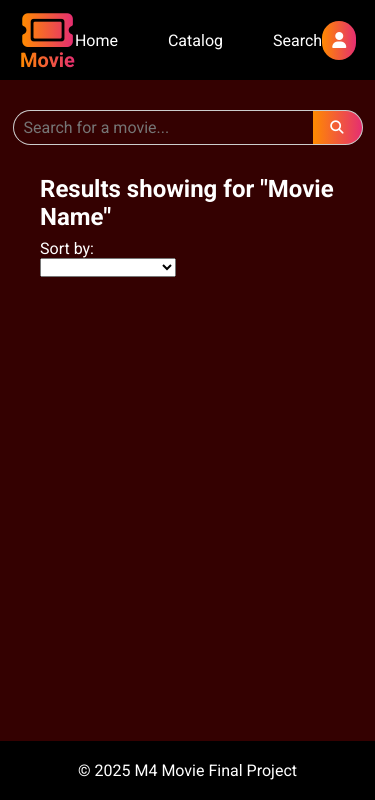
Repository: avivanguyen/m4_movie-FinalProject
Page: index.html
These files come from the project's save history. The page is drawn as it stood at one moment and after a run of saves; the edit follows.
The browser window is 375 px wide. The pictures show the whole page.
Some web libraries are served in a nearby version.

Above is the page before, as saved 2025-12-30 17:15:15.

### index.html
<!DOCTYPE html>
<html lang="en">
<head>
    <meta charset="UTF-8">
    <meta name="viewport" content="width=device-width, initial-scale=1.0">
    <title>M4 Movie Final Project</title>
    <link rel="stylesheet" href="styles.css">
    <script src="script.js" defer></script>
    <script src="https://kit.fontawesome.com/2588cf0bac.js" crossorigin="anonymous"></script>
</head>
<body>
    <nav>
        <div class="logo">
            <i class="fa-solid fa-ticket logo__ticket"></i>
            <h1 class="logo__title">Movie</h1>
        </div>
        <ul class="nav-links">
            <li><a href="#">Home</a></li>
            <li><a href="#">Catalog</a></li>
            <li><a href="#">Search</a></li>
        </ul>
        <div class="login">
            <button>
                <a href="#">
                    <i class="fa-solid fa-user login__icon"></i>
                    <span class="login__text">Login</span>
                </a>
            </button>
        </div>
    </nav>
    <main>
        <section class="search-section">
            <input type="text" id="search-input" placeholder="Search for a movie..." onchange="onSearchMovie(event)">
            <button id="search-button"><i class="fa-solid fa-magnifying-glass"></i></button>
        </section>
        <section class="results__section">
            <div id="results__container">
                <div class="breadcrumb">
                    <h2>Results showing for "<span id="search-term">Movie Name</span>"</h2>
                </div>
                <div class="sort">
                    <label for="sort-select">Sort by:</label>
                    <select id="sort-select" onchange="onSortChange(event)">
                        <option value="title-default">   </option>
                        <option value="title-ascending">Movie Title (A-Z)</option>
                        <option value="title-descending">Movie Title (Z-A)</option>
                        <option value="year-descending">Year (Newest First)</option>
                        <option value="year-ascending">Year (Oldest First)</option>
                    </select>
                </div>
                <div class="loading hidden">
                    <i class="fa fa-spinner fa-spin"></i>
                </div>
                <div class="movie">
                    <div class="movie-card hidden">
                        <div class="movie-card__container" onclick="toggleModal()">
                            <div class="movie__poster">
                                <img src="./assets/movie_poster-placeholder.png" alt="">
                            </div>
                            <div class="movie__title">Movie Title</div>
                            <div class="movie__year">20XX</div>
                        </div>
                    </div>
                    <!-- <div class="movie-card">
                        <div class="movie-card__container" onclick="toggleModal()">
                            <div class="movie__poster">
                                <img src="./assets/movie_poster-placeholder.png" alt="">
                            </div>
                            <div class="movie__title">Movie Title</div>
                            <div class="movie__year">20XX</div>
                        </div>
                    </div>
                    <div class="movie-card">
                        <div class="movie-card__container" onclick="toggleModal()">
                            <div class="movie__poster">
                                <img src="./assets/movie_poster-placeholder.png" alt="">
                            </div>
                            <div class="movie__title">Movie Title</div>
                            <div class="movie__year">20XX</div>
                        </div>
                    </div>
                    <div class="movie-card">
                        <div class="movie-card__container" onclick="toggleModal()">
                            <div class="movie__poster">
                                <img src="./assets/movie_poster-placeholder.png" alt="">
                            </div>
                            <div class="movie__title">Movie Title</div>
                            <div class="movie__year">20XX</div>
                        </div>
                    </div>
                    <div class="movie-card">
                        <div class="movie-card__container" onclick="toggleModal()">
                            <div class="movie__poster">
                                <img src="./assets/movie_poster-placeholder.png" alt="">
                            </div>
                            <div class="movie__title">Movie Title</div>
                            <div class="movie__year">20XX</div>
                        </div>
                    </div>
                    <div class="movie-card">
                        <div class="movie-card__container" onclick="toggleModal()">
                            <div class="movie__poster">
                                <img src="./assets/movie_poster-placeholder.png" alt="">
                            </div>
                            <div class="movie__title">Movie Title</div>
                            <div class="movie__year">20XX</div>
                        </div>
                    </div> -->
                </div>
            </div>
        </section>
        <div class="modal">
            <div class="modal__half modal__poster">
                <figure>
                    <img src="./assets/movie_poster-placeholder.png" alt="">
                </figure>
            </div>
            <div class="modal__half modal__description">
                <h2 class="modal__title">Movie Title</h2>
                <p class="modal__year">20XX</p>
                <p class="modal__plot">Lorem ipsum dolor sit amet, consectetur adipiscing elit. Sed do eiusmod tempor incididunt ut labore et dolore magna aliqua.</p>
                <ul class="modal__details">
                    <li><strong>Director:</strong> Director Name</li>
                    <li><strong>Actors:</strong> Actor 1, Actor 2, Actor 3</li>
                    <li><strong>Runtime:</strong> XX min</li>
                </ul>
                <button class="watch">Watch Now</button>
            </div>
            <button class="close-button" onclick="toggleModal()">Close</button>
        </div>
    </main>
    <footer>
        <p>&copy; 2025 M4 Movie Final Project</p>
    </footer>
</body>
</html>

### styles.css
@import url('https://fonts.googleapis.com/css2?family=Roboto:ital,wght@0,100..900;1,100..900&display=swap');

* {
    margin: 0;
    padding: 0;
    box-sizing: border-box;
    font-family: 'Roboto', sans-serif;
}

body {
    background-color: #340101;
    min-height: 100vh;
    display: flex;
    flex-direction: column; /*ensures footer stays at bottom*/
}

a {
    text-decoration: none;
}

li {
    list-style: none;
}

.hidden {
    display: none !important;
}

/*
NAVIGATION STYLES
*/
nav {
    display: flex;
    justify-content: space-between;
    align-items: center;
    flex-direction: row;
    background-color: black;
    width: 100%;
    padding: 15px 40px;
}

.logo {
    display: flex;
    align-items: center;
    flex-direction: column;
}

.logo__ticket,
.logo__title {
    background: linear-gradient(90deg, #ff8a00, #e52e71);
    background-clip: text;
    -webkit-background-clip: text;
    -webkit-text-fill-color: transparent;
}

.logo__ticket {
    font-size: 45px;
    margin-bottom: -5px;
}

.logo__title {
    font-size: 20px;
}

.nav-links {
    display: flex;
    flex-direction: row;
    gap: 100px;
}

.nav-links a {
    color: white;
    font-size: 16px;
    transition: color 300ms ease;
}

.nav-links a:hover,
.close-button:hover {
    color: #ff8a00;
}

.login button,
.modal button.watch {
    background: linear-gradient(90deg, #ff8a00, #e52e71);
    border: none;
    padding: 10px 25px;
    border-radius: 50px;
    color: white;
    font-size: 16px;
    cursor: pointer;
    transition: transform 300ms ease;
}
.login button:hover,
.modal button.watch:hover {
    transform: scale(1.1);
}

.login a {
    color: white;
}


/*
SEARCH STYLES
*/
.search-section {
    display: flex;
    justify-content: center;
    align-items: center;
    margin: 30px 0;
}

#search-input {
    width: 400px;
    height: 35px;
    padding: 0 10px;
    font-size: 16px;
    border: 1.5px solid #ccc;
    border-right: none;
    border-radius: 50px 0 0 50px;
    outline: none;
    background-color: transparent;
    color: white;
}

#search-button {
    height: 35px;
    width: 50px;
    outline: none;
    border-radius: 0 50px 50px 0;
    border: 1.5px solid #ccc;
    border-left: none;
    cursor: pointer;
    background: linear-gradient(90deg, #ff8a00, #e52e71);
    transition: all 300ms ease;
    position: relative;
}
#search-button:hover {
    background: transparent;
    border: 2px solid transparent;
    background-image: linear-gradient(#340101, #340101), linear-gradient(90deg, #ff8a00, #e52e71);
    background-origin: border-box;
    background-clip: padding-box, border-box;
}

.search-section #search-button i {
    color: white;
}

/*
LOADING STYLES
*/
.loading {
    justify-content: center;
    align-items: center;
    margin-top: 20px;
    opacity: 1;
    transition: opacity 500ms ease-in-out;
}

.loading:not(.hidden) {
    display: flex;
}

.loading.hidden {
    opacity: 0;
    transition: opacity 500ms ease-in-out 1000ms;
}

.fa-spinner {
    font-size: 35px;
    color: white;
}

/*
RESULTS STYLES
*/
.breadcrumb {
    color: white;
    margin-left: 20px;
    margin-bottom: 40px;
}

.sort label {
    color: white;
    margin-right: 10px;
}

.sort {
    display: flex;
    justify-content: flex-end;
    align-items: center;
    margin-top: -65px;
}

.results__section {
    margin: 0 60px;
}

.movie {
    width: 100%;
    height: auto;
    padding: 0 80px;
    margin-top: 20px;
    display: flex;
    flex-direction: row;
    flex-wrap: wrap;
    justify-content: center;
}

.movie-card {
    cursor: pointer;
    margin: 15px;
    width: 200px; /*makes sure all cards are same size and that the text doesn't overflow*/
    display: flex;
    flex-direction: row;
    flex-wrap: wrap;
    justify-content: center;
    transition: transform 300ms ease;
}
.movie-card:hover {
    transform: scale(1.05);
    background-color: #4d0d0d;
    border-radius: 8px;
    box-shadow: 0 6px 12px #4d0d0d;
}

.movie-card__container {
    padding: 4px 18px;
}

.movie__poster img {
    width: 200px;
    height: 300px;
    box-shadow: 0 4px 8px rgba(0, 0, 0, 0.2);
}

.movie__title,
.movie__year {
    color: white;
    text-align: center;
    margin-top: 2px;
}

/*
MODAL STYLES
*/
.modal {
    display: flex;
    position: fixed;
    top: 50%;
    left: 50%;
    transform: translate(-50%, -50%);
    width: 90%;
    max-width: 1100px;
    background-color: #4b3434;
    box-shadow: 0 6px 12px #4d0d0d;
    visibility: hidden;
    transition: visibility 400ms, z-index 300ms ease;
}

.modal--open .modal {
    display: flex;
    z-index: 50;
    box-shadow: 0 6px 12px #4d0d0d;
    visibility: visible;
}

.modal__half {
    display: flex;
    flex-direction: column;
    justify-content: center;
    position: relative;
}

.modal__poster img {
    width: 100%;
}

.modal__description {
    padding: 80px;
    color: white;
    line-height: 2.5;
}

.watch {
    margin-top: auto;
    width: 50%;
    display: flex;
    justify-content: center;
    align-items: center;
    margin-left: 100px;
}

.close-button {
    position: absolute;
    top: 15px;
    right: 30px;
    font-size: 20px;
    color: white;
    cursor: pointer;
    background-color: transparent;
    border: none;
}

/*
FOOTER STYLES
*/
footer {
    text-align: center;
    padding: 20px 0;
    background-color: black;
    color: white;
    margin-top: auto;
}


/*
RESPONSIVE STYLES
*/
@media (max-width: 768px) {
    .nav-links {
            gap: 75px;
        }

    #search-input {
        width: 300px;
    }

    .movie-card {
        margin: 15px;
    }

    .modal__description {
        padding: 40px;
        line-height: 2;
    }

    .modal__details {
        margin-bottom: 15px;
    }

    .close-button {
        font-size: 18px;
    }
}

@media (max-width:725px) {
    .sort {
        margin-top: 0px;
        margin-left: 20px;
        display: flex;
        flex-direction: column;
        align-items: flex-start;
    }
}

@media (max-width: 480px) {
    nav {
        padding: 8px 20px;
    }
    .nav-links {
        gap: 50px;
    }

    .login__text {
        display: none;
    }
    .login button {
        padding: 10px;
    }

    .breadcrumb {
        margin-bottom: 8px;
    }

    .movie-card {
        margin: 8px;
    }
    .movie__poster img {
        width: 150px;
        height: auto;
    }
    .movie__title, .movie__year {
        font-size: 20px;
    }

    .results__section {
        margin: 0 20px;
    }
    .movie {
        padding: 0;
    }

    .modal {
        flex-direction: column;
    }
    .modal__description {
        padding: 18px;
        line-height: 1.8;
    }
    .modal__poster {
        display: flex;
        justify-content: center;
        align-items: center;
        text-align: center;
    }
    .modal__poster img {
        width: 50%;
    }
}

### script.js
//API key: 5aa2e87d
//base URL: https://www.omdbapi.com/?apikey=5aa2e87d&s=MOVIE_NAME_HERE

//Modal functionality
let isModalOpen = false;

function toggleModal() {
  if (isModalOpen) {
    isModalOpen = !isModalOpen;
    return document.body.classList.remove("modal--open");
  }
  isModalOpen = true;
  document.body.classList += " modal--open";
}

//Search functionality
async function onSearchMovie(event) {
  const searchMovie = event.target.value;

  if (!searchMovie) return;

  //breadcrumb
  document.getElementById("search-term").textContent = searchMovie;

  const movieContainer = document.querySelector(".movie");
  const loadingSpinner = document.querySelector(".loading");
  const sortSelect = document.getElementById("sort-select");

  sortSelect.value = "title-default";

  loadingSpinner.classList.remove("hidden");

  // Fetch movies from API
  const response = await fetch(
    `https://www.omdbapi.com/?apikey=5aa2e87d&s=${searchMovie}`
  );
  const data = await response.json();

  loadingSpinner.classList.add("hidden");

  if (data.Response === "True") {
    // Store original order from API
    originalMovieOrder = data.Search.slice(0, 6);

    movieContainer.innerHTML = originalMovieOrder
      .map((movie) => movieCardHtml(movie))
      .join("");
  } else {
    movieContainer.innerHTML = `<div class="breadcrumb">
            <h2>Results showing for "<span id="search-term">${searchMovie}</span>"</h2>
        </div>`;
  }
}

//Movie card results
function movieCardHtml(movie) {
  return `
    <div class="movie-card">
        <div class="movie-card__container" onclick="toggleModal()">
            <div class="movie__poster">
                <img src="${
                  movie.Poster !== "N/A"
                    ? movie.Poster
                    : "./assets/movie_poster-placeholder.png"
                }" alt="">
            </div>
            <div class="movie__title">${movie.Title}</div>
            <div class="movie__year">${movie.Year}</div>
        </div>
    </div>`;
}

//Movie filter functionality
let originalMovieOrder = [];

function onSortChange(event) {
  const movieContainer = document.querySelector(".movie");
  const sortValue = event.target.value;

  if (sortValue === "title-default") {
    movieContainer.innerHTML = originalMovieOrder
      .map((movie) => movieCardHtml(movie))
      .join("");
  } else {
    const movies = Array.from(movieContainer.children);
    movies.sort((a, b) => {
      const titleA = a.querySelector(".movie__title").textContent.toUpperCase();
      const titleB = b.querySelector(".movie__title").textContent.toUpperCase();
      const yearA = parseInt(a.querySelector(".movie__year").textContent);
      const yearB = parseInt(b.querySelector(".movie__year").textContent);

      if (sortValue === "title-ascending") {
        return titleA < titleB ? -1 : titleA > titleB ? 1 : 0;
      } else if (sortValue === "title-descending") {
        return titleA > titleB ? -1 : titleA < titleB ? 1 : 0;
      } else if (sortValue === "year-descending") {
        return yearA > yearB ? -1 : yearA < yearB ? 1 : 0;
      } else if (sortValue === "year-ascending") {
        return yearA < yearB ? -1 : yearA > yearB ? 1 : 0;
      }
      return 0;
    });

    movieContainer.innerHTML = "";
    movies.forEach((movie) => movieContainer.appendChild(movie));
  }
}

// //Movie modal results
// async function movieModalHtml(imdbID) {
//   toggleModal();
//   const response = await fetch(
//     `https://www.omdbapi.com/?apikey=5aa2e87d&i=${imdbID}`
//   );
//   const movie = await response.json();

//   document.querySelector(".modal__poster img").src =
//     movie.Poster !== "N/A"
//       ? movie.Poster
//       : "./assets/movie_poster-placeholder.png";
//   document.querySelector(".modal__title").textContent = movie.Title;
//   document.querySelector(".modal__year").textContent = movie.Year;
// }
// function movieModalHtml(movie) {
//   return `
//     <div class="modal">
//             <div class="modal__half modal__poster">
//                 <figure>
//                     <img src="${
//                       movie.Poster !== "N/A"
//                         ? movie.Poster
//                         : "./assets/movie_poster-placeholder.png"
//                     }" alt="">
//                 </figure>
//             </div>
//             <div class="modal__half modal__description">
//                 <h2 class="modal__title">${movie.Title}</h2>
//                 <p class="modal__year">${movie.Year}</p>
//                 <p class="modal__plot">Lorem ipsum dolor sit amet, consectetur adipiscing elit. Sed do eiusmod tempor incididunt ut labore et dolore magna aliqua.</p>
//                 <ul class="modal__details">
//                     <li><strong>Director:</strong> Director Name</li>
//                     <li><strong>Actors:</strong> Actor 1, Actor 2, Actor 3</li>
//                     <li><strong>Runtime:</strong> XX min</li>
//                 </ul>
//                 <button class="watch">Watch Now</button>
//             </div>
//             <button class="close-button" onclick="toggleModal()">Close</button>
//         </div>`;
// }

After the next 2 saves:
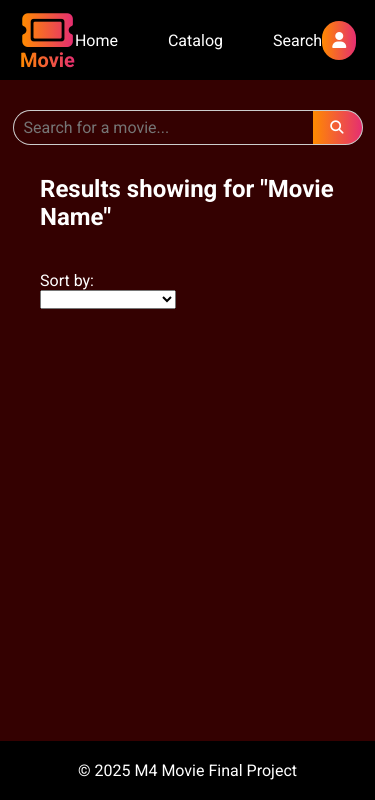
The 2 saves are shown as one change because they came seconds apart.
The last was saved 24 s later.
--- a/styles.css
+++ b/styles.css
@@ -370,10 +370,6 @@ RESPONSIVE STYLES
         padding: 10px;
     }
 
-    .breadcrumb {
-        margin-bottom: 8px;
-    }
-
     .movie-card {
         margin: 8px;
     }
